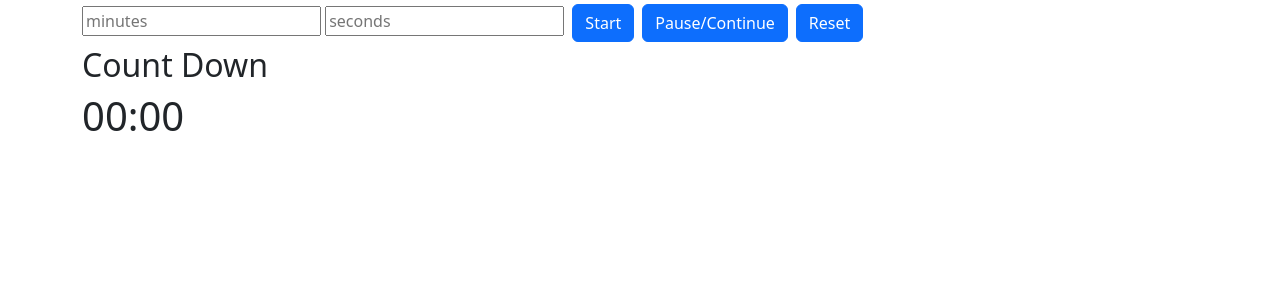
Repository: maheshdama13/reactjs-count-down
Page: /
An editor plug-in stored every save of this project. The page is shown before and after the next save, followed by the edit.
The browser window is 1280 px wide. The pictures show the whole page.
The project was rebuilt for these pictures with package versions that can differ from the ones it lists, and the page was loaded fresh each time. Also part of the build but not shown: src/App.css.

Above is the page before, as saved 2022-07-01 02:15:44.

### src/App.js
import logo from './logo.svg';
import './App.css';
import CountDown from './components/CountDown';

function App() {
  return (
    <CountDown />
  );
}

export default App;

### src/components/CountDown.js
import React, {useState, useEffect, useRef} from 'react'

export default function CountDown() {
  const [timer, setTimer] = useState(0);
  const [formattedTimer, setFormattedTimer] = useState("00:00");
  const [isTimerRunning, setIsTimerRunning] = useState(0);

  const formData = useRef(null)

  useEffect(() => {
    let interval = 0;
    if(isTimerRunning === 1) {
      interval = setInterval(() => {
        if(timer > 0)
          setTimer(timer-1);
        }, 1000);
      }


    setFormattedTimer(formatTimer(timer))
    return () => clearInterval(interval);
  }, [timer, isTimerRunning]);

  const formatTimer = (timeData) => {
    let m = Math.floor(timeData % 3600 / 60);
    m = (m<=9) ? '0'+m : m;
    let s = Math.floor(timeData % 3600 % 60);
    s = (s<=9) ? '0'+s : s;
    return m+':'+s;
  }

  const startHandler = () => {
    setIsTimerRunning(1);
    const form = formData.current
    let minutes = form['minutes'].value;
    let seconds = form['seconds'].value;
    let timerVal = Number(minutes*60) + Number(seconds);
    setTimer(timerVal);
  }

  const pauseHandler = () => {
    setIsTimerRunning(prevState => {
      if(prevState === 1) {
        return 0
      } else {
        return 1;
      }
    });
  }

  const resetHandler = () => {
    formData.current.reset();
    setIsTimerRunning(0);
    setTimer(0);
  }

  return (
    <div className='container'>
      <form ref={formData}>
        <input name='minutes' type="number" placeholder='minutes' />&nbsp;
        <input name='seconds' type="number" placeholder='seconds' />&nbsp;
        <button type="button" className='btn btn-primary m-1' onClick={startHandler}>Start</button>
        <button type="button" className='btn btn-primary m-1' onClick={pauseHandler}>Pause/Continue</button>
        <button type="button" className='btn btn-primary m-1' onClick={resetHandler}>Reset</button>
      </form>

      <h2>Count Down</h2>
      <h1>{formattedTimer} {isTimerRunning ? 'Running' : ''}</h1>
    </div>
  )
}

Loaded but not shown: public/index.html (common file); src/index.js (common file); src/index.css (common file); src/reportWebVitals.js (common file)

After the next save:
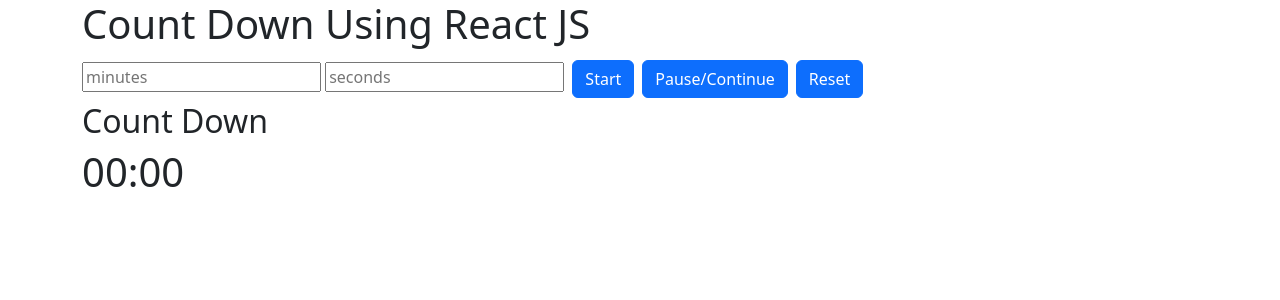
Saved 26 s later.
--- a/src/components/CountDown.js
+++ b/src/components/CountDown.js
@@ -56,6 +56,7 @@
 
   return (
     <div className='container'>
+    <h1>Count Down Using React JS</h1>
       <form ref={formData}>
         <input name='minutes' type="number" placeholder='minutes' />&nbsp;
         <input name='seconds' type="number" placeholder='seconds' />&nbsp;
